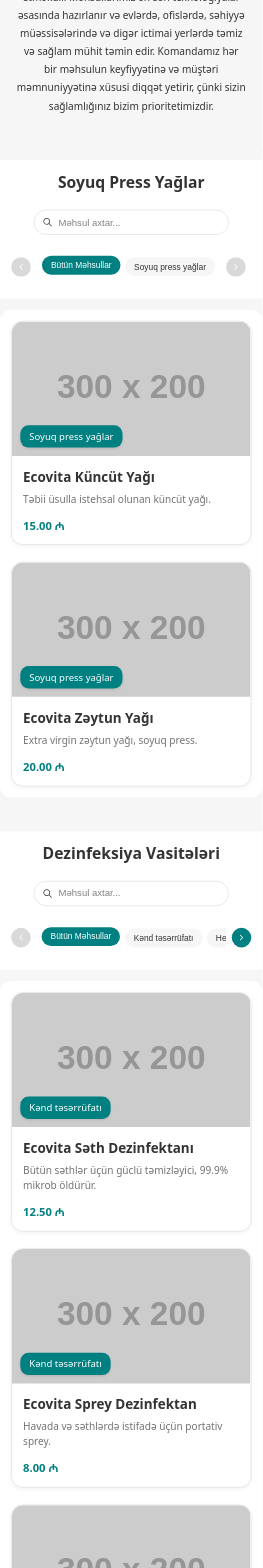
Repository: ferhadsultan98/ecovita
Page: /
The author's editor kept a copy of each file at every save. The page is drawn from the files as they stood at one save, then again after the next save.
The browser window is 375 px wide. The pictures show the part of the page from y = 1169 to 3409 px (the page is 5490 px tall before and 5638 px after), at 70% of full size.
The project was rebuilt for these pictures with package versions that can differ from the ones it lists, and the page was loaded fresh each time. Also part of the build but not shown: vite.config.js.

Above is the page before, as saved 2025-05-06 10:21:56.

### index.html
<!doctype html>
<html lang="en">
  <head>
    <meta charset="UTF-8" />
    <meta name="viewport" content="width=device-width, initial-scale=1.0" />
    <link rel="shortcut icon" href="./public/assets/Fotolar/Ecovita-12.png" type="image/x-icon">
    <title>Ecovita - Təbiətdən gələn sağlamlıq</title>
  </head>
  <body>
    <div id="root"></div>
    <script type="module" src="/src/main.jsx"></script>
  </body>
</html>

### src/App.jsx
import React from "react";
import "./App.scss";
import MainLayout from "./Components/Common/MainLayout";
import Home from "./Pages/Home/Home";
import MenuSection from "./Pages/MenuSection/MenuSection";

function App() {
  return (
    <div className="app-container">
      <MainLayout>
        <Home />
        <MenuSection />
      </MainLayout>
    </div>
  );
}

export default App;

### src/App.scss
* {
  margin: 0;
  padding: 0;
  box-sizing: border-box;
}

body {
  font-family: system-ui, -apple-system, BlinkMacSystemFont, "Segoe UI", Roboto,
    Oxygen, Ubuntu, Cantarell, "Open Sans", "Helvetica Neue", sans-serif;
}

### src/Components/Common/MainLayout.jsx
import React from 'react';
import Header from './Header/Header';
import Footer from './Footer/Footer';

const MainLayout = ({ children }) => {
  return (
    <>
      <Header />
      {children}
      <Footer />
    </>
  );
};

export default MainLayout;

### src/Components/Common/Header/Header.jsx
import { useState, useEffect, useRef } from "react";
import "./Header.scss";
import { motion, AnimatePresence } from "framer-motion";
import { FaSyringe, FaChevronDown } from "react-icons/fa";
import EcovitaLogo from '../../../../public/assets/Fotolar/logo.png';

const Header = () => {
  const [scrolled, setScrolled] = useState(false);
  const [isDropdownOpen, setIsDropdownOpen] = useState(false);
  const dropdownRef = useRef(null);

  useEffect(() => {
    const handleScroll = () => {
      setScrolled(window.scrollY > 20);
    };

    window.addEventListener("scroll", handleScroll);
    return () => window.removeEventListener("scroll", handleScroll);
  }, []);

  useEffect(() => {
    const handleClickOutside = (event) => {
      if (dropdownRef.current && !dropdownRef.current.contains(event.target)) {
        setIsDropdownOpen(false);
      }
    };

    document.addEventListener("mousedown", handleClickOutside);
    return () => document.removeEventListener("mousedown", handleClickOutside);
  }, []);

  const scrollToTop = () => {
    window.scrollTo({ top: 0, behavior: "smooth" });
  };

  const scrollToSection = (sectionId) => {
    const section = document.getElementById(sectionId);
    if (section) {
      section.scrollIntoView({ behavior: "smooth", block: "start" });
      setIsDropdownOpen(false);
    }
  };

  const dropdownVariants = {
    hidden: { opacity: 0, y: -10, scale: 0.95 },
    visible: { opacity: 1, y: 0, scale: 1 },
    exit: { opacity: 0, y: -10, scale: 0.95 }
  };

  return (
    <header className={`header ${scrolled ? "scrolled" : ""}`}>
      <div className="header-container">
        <a onClick={scrollToTop} className="logo">
          <img src={EcovitaLogo} alt="Ecovita_logo" />
        </a>
        <div className="products-dropdown" ref={dropdownRef}>
          <button
            className="products-button"
            onMouseEnter={() => setIsDropdownOpen(true)}
            onClick={() => setIsDropdownOpen(!isDropdownOpen)}
          >
            Məhsullar
            <span className="products-icon">
              <FaSyringe />
            </span>
            <FaChevronDown className={`chevron-icon ${isDropdownOpen ? "open" : ""}`} />
          </button>
          <AnimatePresence>
            {isDropdownOpen && (
              <motion.ul
                className="dropdown-menu"
                variants={dropdownVariants}
                initial="hidden"
                animate="visible"
                exit="exit"
                transition={{ duration: 0.2, ease: "easeInOut" }}
                onMouseLeave={() => setIsDropdownOpen(false)}
              >
                <li onClick={() => scrollToSection("cold-pressed-oils")}>
                  Soyuq press yağlar
                </li>
                <li onClick={() => scrollToSection("disinfectants")}>
                  Dezinfeksiya vasitələri
                </li>
              </motion.ul>
            )}
          </AnimatePresence>
        </div>
      </div>
    </header>
  );
};

export default Header;

### src/Components/Common/Footer/Footer.jsx
import React, { useState, useEffect } from "react";
import "./Footer.scss";
import { IoIosArrowUp } from "react-icons/io";
import { GrFacebookOption } from "react-icons/gr";
import {
  FaInstagram,
  FaTwitter,
  FaMapMarkerAlt,
  FaPhoneAlt,
  FaEnvelope,
  FaClock,
} from "react-icons/fa";
import footerLogo from "../../../../public/assets/Fotolar/logo.png";

const Footer = () => {
  const [showScrollTop, setShowScrollTop] = useState(false);
  const currentYear = new Date().getFullYear();

  useEffect(() => {
    const handleScroll = () => {
      setShowScrollTop(window.scrollY > 300);
    };

    window.addEventListener("scroll", handleScroll);
    return () => window.removeEventListener("scroll", handleScroll);
  }, []);

  const scrollToTop = () => {
    window.scrollTo({ top: 0, behavior: "smooth" });
  };

  return (
    <footer className="footer">
      <div className="footerContent">
        <div className="container">
          <div className="footerMain">
            <div className="footerInfo">
              <img src={footerLogo} alt="footerLogo" className="footerLogo" />
              <p className="footerDescription">
                “Ecovita” Məhdud Məsuliyyətli Cəmiyyəti 2022-ci ildə təsis
                edilmişdir. Şirkətin istehsal etdiyi məhsullar müasir
                avadanlıqlardan istifadə olunmaqla yalnız Azərbaycan
                Respublikasının ərazisində yabanı halda yetişən müalicəvi
                xüsusiyyətlərə malik bitkilərdən əldə olunur.
              </p>
              <div className="footerContactItems">
                <div className="contactItem">
                  <FaMapMarkerAlt />
                  <span>
                    Azərbaycan Respublikası, AZ1052, Bakı şəhəri, N.Nərimanov
                    rayonu, Əliyar Əliyev 52A
                  </span>
                </div>
                <div className="contactItem">
                  <FaPhoneAlt />
                  <span>+994(99) 345 12 34</span>
                </div>
                <div className="contactItem">
                  <FaEnvelope />
                  <span>info@ecoway.az</span>
                </div>
                <div className="contactItem">
                  <FaClock />
                  <span>09:00-18:00</span>
                </div>
              </div>
            </div>

            <div className="footerConnect">
              <h4>Connect With Us</h4>
              <div className="socialIcons">
                <a
                  href="https://www.facebook.com/puresafesolutions"
                  aria-label="Facebook"
                  className="socialIcon"
                  target="_blank"
                  rel="noopener noreferrer"
                >
                  <GrFacebookOption />
                </a>
                <a
                  href="https://www.instagram.com/puresafesolutions"
                  aria-label="Instagram"
                  className="socialIcon"
                  target="_blank"
                  rel="noopener noreferrer"
                >
                  <FaInstagram />
                </a>
                <a
                  href="https://www.twitter.com/puresafesolutions"
                  aria-label="Twitter"
                  className="socialIcon"
                  target="_blank"
                  rel="noopener noreferrer"
                >
                  <FaTwitter />
                </a>
              </div>
              <div className="footerActions">
                <a
                  href="https://www.google.com/maps"
                  className="footerBtn mapBtn"
                  target="_blank"
                  rel="noopener noreferrer"
                >
                  View Map
                </a>
              </div>
            </div>
          </div>

          <div className="footerDivider"></div>

          <div className="footerBottom">
            <p className="copyright">
              © {currentYear}{" "}
              <a
                href="https://pmsystems.az/"
                target="_blank"
                rel="noopener noreferrer"
              >
                <span>Created by PM Systems</span>.
              </a>{" "}
              All Rights Reserved
            </p>
          </div>
        </div>
      </div>

      <div
        className={`scrollTop ${showScrollTop ? "visible pulse" : ""}`}
        onClick={scrollToTop}
        aria-label="Scroll to top"
      >
        <IoIosArrowUp />
      </div>
    </footer>
  );
};

export default Footer;

### src/Pages/MenuSection/MenuSection.scss
$primary-color: #008080; // Teal for health and cleanliness
$secondary-color: #ffffff;
$accent-color: #f5f6f5; // Light gray for clean aesthetic
$text-color: #333333;
$border-color: #e0e0e0;

.menu-section {
  padding: 2rem 0;
  background: $accent-color;

  .menu-navbar-wrapper {
    background: $secondary-color;
    transition: all 0.3s ease;

    &.sticky {
      position: fixed;
      top: 0;
      left: 0;
      width: 100%;
      z-index: 1000;
      background: rgba($secondary-color, 0.98);
      backdrop-filter: blur(10px);
      box-shadow: 0 4px 12px rgba(0, 0, 0, 0.08);
      padding: 0.75rem 0;
    }

    .container {
      max-width: 1280px;
      margin: 0 auto;
      padding: 0 1rem;
    }

    .error-message {
      display: flex;
      align-items: center;
      justify-content: center;
      gap: 0.5rem;
      color: #d32f2f;
      background: #fff1f2;
      padding: 0.75rem;
      border-radius: 8px;
      margin: 1rem auto;
      max-width: 600px;
      font-size: 0.9rem;
      text-align: center;
    }

    .menu-navbar-content {
      display: flex;
      flex-direction: column;
      gap: 1rem;
      padding: 1rem 0;

      .section-title {
        font-size: 2rem;
        font-weight: 600;
        color: $text-color;
        text-align: center;
        margin-bottom: 0.5rem;
      }
    }

    .menu-search {
      display: flex;
      justify-content: center;
      padding: 0 1rem;

      .search-input-wrapper {
        position: relative;
        width: 100%;
        max-width: 500px;

        .search-icon {
          position: absolute;
          top: 50%;
          left: 0.75rem;
          transform: translateY(-50%);
          color: $text-color;
          font-size: 1.2rem;
        }

        .search-input {
          width: 100%;
          padding: 0.75rem 1rem 0.75rem 2.5rem;
          border: 1px solid $border-color;
          border-radius: 25px;
          font-size: 0.95rem;
          outline: none;
          transition: all 0.3s ease;

          &:focus {
            border-color: $primary-color;
            box-shadow: 0 0 0 4px rgba($primary-color, 0.1);
          }

          &::placeholder {
            color: lighten($text-color, 30%);
          }
        }

        .clear-search-button {
          position: absolute;
          top: 50%;
          right: 0.75rem;
          transform: translateY(-50%);
          background: none;
          border: none;
          color: $text-color;
          font-size: 1rem;
          cursor: pointer;
          transition: color 0.3s ease;

          &:hover {
            color: $primary-color;
          }
        }
      }
    }

    .menu-filter {
      display: flex;
      justify-content: center;
      padding: 0.5rem 0;

      .menu-filter-container {
        display: flex;
        align-items: center;
        gap: 0.5rem;
        width: 100%;
        max-width: 800px;
        position: relative;

        .scroll-button {
          background: $primary-color;
          color: $secondary-color;
          border: none;
          padding: 0.5rem;
          border-radius: 50%;
          width: 36px;
          height: 36px;
          display: flex;
          align-items: center;
          justify-content: center;
          cursor: pointer;
          transition: background 0.3s ease;

          &:hover:not(.scroll-button-disabled) {
            background: darken($primary-color, 15%);
          }

          &.scroll-button-disabled {
            background: #d9d9d9;
            cursor: not-allowed;
          }
        }

        .menu-filter-list {
          display: flex;
          gap: 0.5rem;
          overflow-x: auto;
          scroll-behavior: smooth;
          padding: 0.5rem;
          -ms-overflow-style: none;
          scrollbar-width: none;

          &::-webkit-scrollbar {
            display: none;
          }

          .menu-filter-item {
            flex: 0 0 auto;
          }

          .menu-filter-button {
            background: $accent-color;
            color: $text-color;
            border: none;
            padding: 0.6rem 1.2rem;
            border-radius: 20px;
            font-size: 0.9rem;
            font-weight: 500;
            cursor: pointer;
            transition: all 0.3s ease;
            white-space: nowrap;

            &.menu-filter-button-active {
              background: $primary-color;
              color: $secondary-color;
              transform: translateY(-2px);
            }

            &:hover {
              background: darken($accent-color, 8%);
            }

            &.menu-filter-button-active:hover {
              background: darken($primary-color, 15%);
            }
          }
        }
      }
    }
  }

  .menu-content {
    padding: 2rem 1rem;
    background: $secondary-color;
    border-radius: 16px;
    margin: 1rem auto;
    max-width: 1280px;

    .menu-grid {
      display: grid;
      grid-template-columns: repeat(auto-fill, minmax(280px, 1fr));
      gap: 1.5rem;

      .menu-item {
        display: flex;
        flex-direction: column;

        .menu-item-card {
          background: $secondary-color;
          border: 1px solid $border-color;
          border-radius: 16px;
          overflow: hidden;
          transition: all 0.3s ease;
          box-shadow: 0 2px 8px rgba(0, 0, 0, 0.05);
          display: flex;
          flex-direction: column;
          height: 100%;

          &:hover {
            transform: translateY(-5px);
            box-shadow: 0 8px 20px rgba(0, 0, 0, 0.1);
          }

          .menu-item-image {
            position: relative;
            width: 100%;
            padding-top: 56.25%; // 16:9 aspect ratio

            img {
              position: absolute;
              top: 0;
              left: 0;
              width: 100%;
              height: 100%;
              object-fit: cover;
              border-radius: 16px 16px 0 0;
            }

            .menu-item-category-badge {
              position: absolute;
              bottom: 0.75rem;
              left: 0.75rem;
              background: $primary-color;
              color: $secondary-color;
              padding: 0.4rem 0.8rem;
              border-radius: 12px;
              font-size: 0.85rem;
              font-weight: 500;
              box-shadow: 0 2px 4px rgba(0, 0, 0, 0.1);
            }
          }

          .menu-item-content {
            padding: 1rem;
            flex: 1;
            display: flex;
            flex-direction: column;

            .menu-item-title {
              font-size: 1.2rem;
              font-weight: 600;
              color: $text-color;
              margin-bottom: 0.5rem;
            }

            .menu-item-description {
              font-size: 0.9rem;
              color: lighten($text-color, 25%);
              line-height: 1.5;
              flex: 1;
            }

            .menu-item-footer {
              display: flex;
              justify-content: space-between;
              align-items: center;
              margin-top: 1rem;

              .menu-item-price {
                font-size: 1rem;
                font-weight: 600;
                color: $primary-color;
              }

              .favorite-button {
                background: none;
                border: none;
                color: $text-color;
                font-size: 1.2rem;
                cursor: pointer;
                transition: color 0.3s ease;

                &:hover {
                  color: $primary-color;
                }
              }
            }
          }
        }
      }
    }

    .no-results-found {
      text-align: center;
      padding: 2rem;

      h3 {
        font-size: 1.4rem;
        color: $text-color;
        margin-bottom: 0.5rem;
      }

      p {
        font-size: 0.95rem;
        color: lighten($text-color, 25%);
        margin-bottom: 1rem;
      }

      .reset-filter-button {
        background: $primary-color;
        border: none;
        color: $secondary-color;
        padding: 0.75rem 1.5rem;
        border-radius: 25px;
        font-size: 0.9rem;
        cursor: pointer;
        transition: all 0.3s ease;

        &:hover {
          background: darken($primary-color, 15%);
          transform: translateY(-2px);
        }
      }
    }

    .menu-load-more {
      text-align: center;
      margin-top: 2rem;

      .load-more-button {
        background: $primary-color;
        border: none;
        color: $secondary-color;
        padding: 0.75rem 2rem;
        border-radius: 25px;
        font-size: 0.95rem;
        font-weight: 500;
        cursor: pointer;
        transition: all 0.3s ease;

        &:hover {
          background: darken($primary-color, 15%);
          transform: translateY(-2px);
        }
      }
    }
  }

  // Responsive Design
  @media (max-width: 1024px) {
    .menu-content {
      padding: 1.5rem;

      .menu-grid {
        grid-template-columns: repeat(auto-fill, minmax(240px, 1fr));
      }
    }

    .menu-navbar-wrapper {
      .menu-filter {
        .menu-filter-container {
          .menu-filter-list {
            .menu-filter-button {
              padding: 0.5rem 1rem;
              font-size: 0.85rem;
            }
          }
        }
      }
    }
  }

  @media (max-width: 768px) {
    padding: 1rem 0;

    .menu-navbar-wrapper {
      &.sticky {
        padding: 0.5rem 0;
      }

      .menu-navbar-content {
        .section-title {
          font-size: 1.6rem;
        }
      }

      .menu-search {
        .search-input-wrapper {
          max-width: 90%;

          .search-input {
            padding: 0.65rem 1rem 0.65rem 2.5rem;
            font-size: 0.9rem;
          }

          .search-icon {
            font-size: 1.1rem;
          }
        }
      }

      .menu-filter {
        .menu-filter-container {
          .scroll-button {
            width: 32px;
            height: 32px;
          }

          .menu-filter-list {
            .menu-filter-button {
              padding: 0.5rem 0.9rem;
              font-size: 0.8rem;
            }
          }
        }
      }
    }

    .menu-content {
      padding: 1rem;

      .menu-grid {
        grid-template-columns: 1fr;

        .menu-item-card {
          .menu-item-content {
            padding: 0.8rem;

            .menu-item-title {
              font-size: 1.1rem;
            }

            .menu-item-description {
              font-size: 0.85rem;
            }

            .menu-item-price {
              font-size: 0.95rem;
            }
          }
        }
      }

      .no-results-found {
        h3 {
          font-size: 1.2rem;
        }

        p {
          font-size: 0.9rem;
        }

        .reset-filter-button {
          padding: 0.65rem 1.3rem;
          font-size: 0.85rem;
        }
      }

      .menu-load-more {
        .load-more-button {
          padding: 0.65rem 1.5rem;
          font-size: 0.9rem;
        }
      }
    }
  }

  @media (max-width: 480px) {
    .menu-navbar-wrapper {
      .menu-navbar-content {
        .section-title {
          font-size: 1.4rem;
        }
      }

      .menu-search {
        .search-input-wrapper {
          .search-input {
            padding: 0.6rem 1rem 0.6rem 2.2rem;
            font-size: 0.85rem;
          }

          .search-icon {
            font-size: 1rem;
          }
        }
      }

      .menu-filter {
        .menu-filter-container {
          .scroll-button {
            width: 28px;
            height: 28px;
          }

          .menu-filter-list {
            gap: 0.4rem;

            .menu-filter-button {
              padding: 0.4rem 0.8rem;
              font-size: 0.75rem;
            }
          }
        }
      }
    }

    .menu-content {
      .menu-grid {
        .menu-item-card {
          .menu-item-image {
            padding-top: 66.67%; // 3:2 for smaller screens
          }

          .menu-item-content {
            .menu-item-title {
              font-size: 1rem;
            }

            .menu-item-description {
              font-size: 0.8rem;
            }
          }
        }
      }
    }
  }
}

### src/Components/Common/Header/Header.scss
$primary-color: #008080; // Teal for health and cleanliness
$secondary-color: #ffffff;
$accent-color: #f5f6f5; // Light gray for clean aesthetic
$text-color: #333333;
$scroll-bg: #ffffff;

.header {
  position: fixed;
  top: 0;
  left: 0;
  width: 100%;
  background: transparent;
  transition: all 0.3s ease;
  z-index: 1000;
  padding: 1rem 0;

  &.scrolled {
    background: $scroll-bg;
    padding: 0.8rem 0;
  }

  .header-container {
    max-width: 1200px;
    margin: 0 auto;
    display: flex;
    align-items: center;

    justify-content: space-between;
    gap: 1rem;
  }

  .logo {
    display: flex;
    align-items: center;
    cursor: pointer;
    text-decoration: none;
    max-height: 80px;

    img {
      height: 100%;
    }
  }

  .products-dropdown {
    position: relative;

    .products-button {
      display: flex;
      align-items: center;
      gap: 0.5rem;
      background: $primary-color;
      color: $secondary-color;
      border: none;
      padding: 0.5rem 1rem;
      border-radius: 5px;
      font-size: 1rem;
      font-weight: 500;
      cursor: pointer;
      transition: background 0.3s ease;

      &:hover {
        background: darken($primary-color, 10%);
      }

      .products-icon {
        font-size: 1.2rem;
      }

      .chevron-icon {
        font-size: 0.8rem;
        transition: transform 0.2s ease;

        &.open {
          transform: rotate(180deg);
        }
      }
    }

    .dropdown-menu {
      position: absolute;
      top: 100%;
      right: 0;
      background: $secondary-color;
      border: 1px solid $accent-color;
      border-radius: 5px;
      margin-top: 0.5rem;
      min-width: 200px;
      box-shadow: 0 4px 8px rgba(0, 0, 0, 0.1);
      list-style: none;
      padding: 0;
      z-index: 1000;

      li {
        padding: 0.75rem 1rem;
        cursor: pointer;
        color: $text-color;
        font-size: 0.9rem;
        transition: background 0.2s ease;

        &:hover {
          background: $accent-color;
        }
      }
    }
  }

  // Responsive design
  @media (max-width: 768px) {
    padding: 1rem 0;

    &.scrolled {
      padding: 0.75rem 0;
    }

    .header-container {
      padding: 0 1rem;
    }

    .products-button {
      font-size: 14px !important;
      padding: 5px !important;

      .products-icon {
        font-size: 12px !important;
      }

      .chevron-icon {
        font-size: 0.7rem;
      }
    }

    .dropdown-menu {
      min-width: 160px;

      li {
        font-size: 0.8rem;
        padding: 0.5rem 0.75rem;
      }
    }
  }

  @media (max-width: 480px) {
    .logo {
      img {
        width: 120px;
      }
    }

    .header-container {
      align-items: center;
      gap: 0.5rem;
    }

    .products-button {
      font-size: 0.8rem;
      padding: 5px;

      .products-icon {
        font-size: 12px;
      }

      .chevron-icon {
        font-size: 0.6rem;
      }
    }

    .dropdown-menu {
      min-width: 140px;
      margin-top: 0.3rem;

      li {
        font-size: 0.75rem;
        padding: 0.4rem 0.6rem;
      }
    }
  }
}

Loaded but not shown: src/main.jsx (common file); src/Pages/MenuSection/MenuSection.jsx (527 lines, source omitted); src/Pages/Home/Home.scss (390 lines, source omitted); src/Pages/Home/Home.jsx (180 lines, source omitted); src/Components/Common/Footer/Footer.scss (300 lines, source omitted); src/index.css (no stored copy; drawn as an empty file)

After the next save:
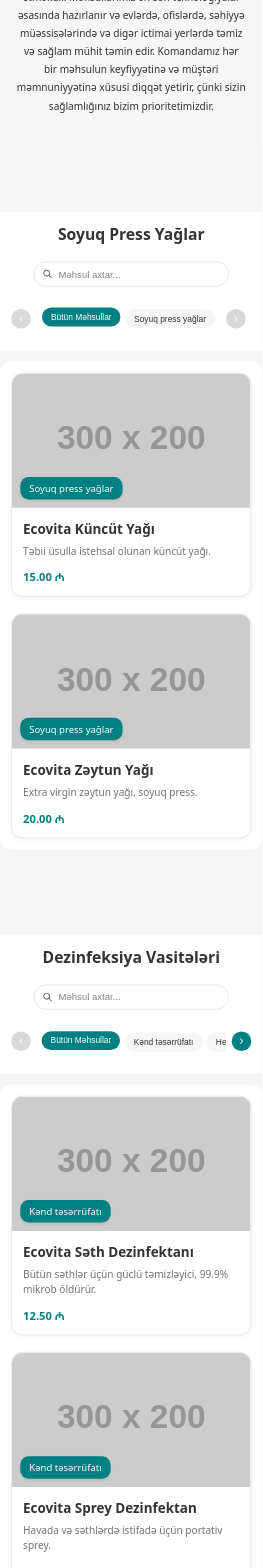
Saved 2 min 39 s later.
--- a/src/Pages/MenuSection/MenuSection.scss
+++ b/src/Pages/MenuSection/MenuSection.scss
@@ -4,8 +4,12 @@
 $text-color: #333333;
 $border-color: #e0e0e0;
 
+// Assuming header height (including padding) is roughly 80px on desktop, 70px on mobile
+$header-height-desktop: 80px;
+$header-height-mobile: 70px;
+
 .menu-section {
-  padding: 2rem 0;
+  padding: 120px 0 2rem 0; // Increased top padding to account for fixed header
   background: $accent-color;
 
   .menu-navbar-wrapper {
@@ -14,7 +18,7 @@
 
     &.sticky {
       position: fixed;
-      top: 0;
+      top: $header-height-desktop; // Adjusted to sit below the fixed header
       left: 0;
       width: 100%;
       z-index: 1000;
@@ -371,6 +375,8 @@
 
   // Responsive Design
   @media (max-width: 1024px) {
+    padding-top: 100px; // Slightly less padding for medium screens
+
     .menu-content {
       padding: 1.5rem;
 
@@ -380,6 +386,10 @@
     }
 
     .menu-navbar-wrapper {
+      &.sticky {
+        top: $header-height-desktop;
+      }
+
       .menu-filter {
         .menu-filter-container {
           .menu-filter-list {
@@ -394,10 +404,11 @@
   }
 
   @media (max-width: 768px) {
-    padding: 1rem 0;
+    padding: 100px 0 1rem 0; // Adjusted for mobile header height
 
     .menu-navbar-wrapper {
       &.sticky {
+        top: $header-height-mobile; // Adjusted for mobile header height
         padding: 0.5rem 0;
       }
 
@@ -489,7 +500,13 @@
   }
 
   @media (max-width: 480px) {
+    padding-top: 90px; // Further adjusted for smaller screens
+
     .menu-navbar-wrapper {
+      &.sticky {
+        top: $header-height-mobile;
+      }
+
       .menu-navbar-content {
         .section-title {
           font-size: 1.4rem;
